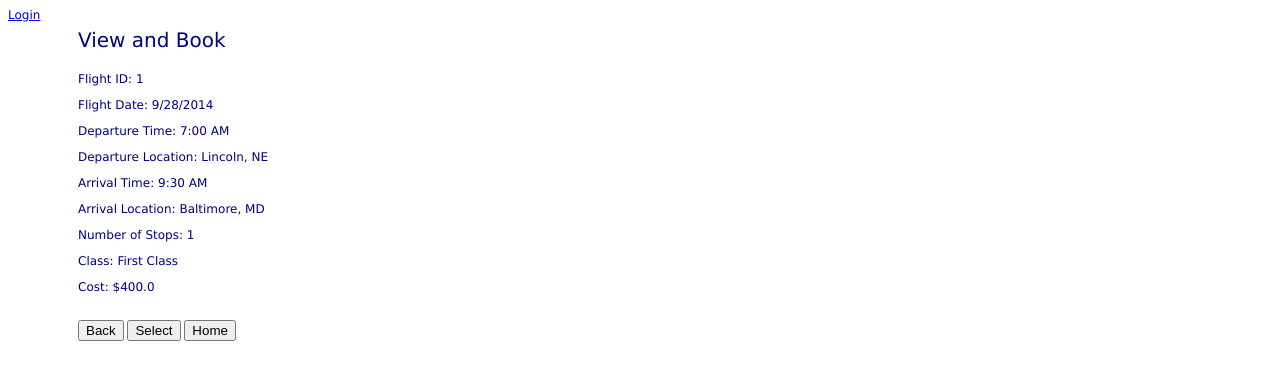
Repository: jliu9000/CSE-464---Flight-Pages
Page: http://localhost/HW1/ViewAndBook.jsp
An editor plug-in stored every save of this project. The page is shown before and after the next save, followed by the edit.
The browser window is 1280 px wide. The pictures show the whole page.
The page is served by Tomcat 9. Other server files are loaded and not shown.

Above is the page before, as saved 2014-09-22 21:36:21.

### HW1/WebContent/ViewAndBook.jsp
<%@ page language="java" contentType="text/html; charset=ISO-8859-1"
    pageEncoding="ISO-8859-1"%>
<!DOCTYPE html PUBLIC "-//W3C//DTD HTML 4.01 Transitional//EN" "http://www.w3.org/TR/html4/loose.dtd">
<html>
<head>
<meta http-equiv="Content-Type" content="text/html; charset=ISO-8859-1">
<link rel="stylesheet" type="text/css" href="CSS/FlightStyles.css">
<%@ page import="flight.bizlogic.*"%>


<title>View and Book</title>


</head>
<body>

<div class='sidebar'>
	<a id="login" href="login.jsp">
	<%=session.getAttribute("nUserID") != null ? "Logout" : "Login"%>
	</a>
</div>

	<%
		RecordFactory records = new RecordFactory(1);
		FlightRecord r = records.TestRecord();
	%>

<div class='main'>

	<p class="PageTitle">View and Book</p>


	<div id="RecordDetails">
		<p>Flight ID: <%=r.getID() %></p>
		<p>Flight Date: <%=r.getDateOfTravel() %></p>
		<p>Departure Time: <%=r.getDepartureTime() %></p>
		<p>Departure Location: <%=r.getSource() %></p>
		<p>Arrival Time: <%=r.getArrivalTime() %></p>
		<p>Arrival Location: <%=r.getDestination() %></p>
		<p>Number of Stops: <%=r.getNumberOfStops() %></p>
		<p>Class: <%=r.getFlightClass() %></p>
		<p>Cost: $<%=r.getCost() %></p>

	</div>
	<br>

	<a href="FlightSearchResults.jsp"><button>Back</button></a>
	<a href="Transaction.jsp"><button>Select</button></a>
	<a href="FlightSearch.jsp"><button>Home</button></a>


</div>
</body>
</html>

### HW1/src/flight/bizlogic/RecordFactory.java
package flight.bizlogic;
import java.util.ArrayList;



public class RecordFactory {
	//Master list
	private ArrayList<FlightRecord> oRecordsList;
	private int nTotalRecords;

	//Lists for record generation
	private String sListOfLocations[] = {"New York City, New York","Dallas, Texas","Sacramento, California",
			"Chicago, Illinois","Lincoln, Nebraska","Denver, Colorado","Atlanta, Georgia"};
	private int sListOfYears[] ={2014,2015,2016};
	private String sListOfClass[] ={"First Class", "Business", "Economy"};

	//Static test record
	private FlightRecord _oTestRecord = new FlightRecord(1, "Lincoln, NE", "Baltimore, MD", "9/28/2014", 52, "First Class",
			"7:00 AM", "9:30 AM", 1, 400.00);

	public RecordFactory(int nTotalRecords){

		//use nTotalRecords <= 0 for a random number of 1 to 50 records
		if (nTotalRecords <= 0){
			this.nTotalRecords = (int) Math.round(Math.random() * 49) + 1;
		}else{
			this.nTotalRecords = nTotalRecords;
		}

		oRecordsList = new ArrayList<FlightRecord>();

	}

	public void generateRecords(){

		for (int i = 0; i<= nTotalRecords; i++){
			oRecordsList.add(getSingleRecord());
		}

	}

	public FlightRecord getSingleRecord(){
		String sFormatedMonth;
		int nYear, nMonth, nDay, nSeats, nClass, nSource, nDestination, nID;

		nMonth = (int) Math.ceil(Math.random() * 12);
		nDay = (int) Math.round(Math.random() * 28);
		nYear = (int) Math.round(Math.random() * 2);
		sFormatedMonth = nMonth + "/" +nDay +"/" +sListOfYears[nYear];

		nSeats = (int) Math.round(Math.random() * 100);
		nClass = (int) Math.round(Math.random()*2);
		nSource = (int) Math.round(Math.random()*6);
		nDestination = (int) Math.round(Math.random() * 6);
		//destination cannot equal source
		while (nDestination == nSource){
			nDestination = (int) Math.round(Math.random() * 6);
		}

		return new FlightRecord(sListOfLocations[nSource], sListOfLocations[nDestination], sFormatedMonth, nSeats, sListOfClass[nClass]);

	}





	public String toHTMLTableRow(int nRow){
		FlightRecord r;
		String sHTMLRow;
		if (nRow < oRecordsList.size()){
			r = oRecordsList.get(nRow);
		}else{
			return "";
		}

		sHTMLRow = "<td>" +r.getID() +"</td>";
		sHTMLRow += "<td>" +r.getDateOfTravel() +"</td>";
		sHTMLRow += "<td>" +r.getDepartureTime() +"</td>";
		sHTMLRow += "<td>" +r.getArrivalTime() +"</td>";
		sHTMLRow += "<td>" +r.getNumberOfStops() +"</td>";
		sHTMLRow += "<td> $" +r.getCost() +"</td>";

		return sHTMLRow;
	}

	public FlightRecord TestRecord() {
		return _oTestRecord;
	}

	public int TotalRecords(){
		return nTotalRecords;

	}

	public ArrayList<FlightRecord> getRecords(){

		return oRecordsList;
	}
}

### HW1/src/flight/bizlogic/FlightRecord.java
package flight.bizlogic;

public class FlightRecord {
	private String sSource;
	private String sDestination;
	private String sDateOfTravel;
	private String sClass;
	private int nSeats;
	private String sDepartureTime;
	private String sArrivalTime;
	private int nNumberOfStops;
	private double dCost;
	private int nID;


	public FlightRecord(String sSource, String sDestination, String sDateOfTravel, int nSeats,
			String sClass){
		this.sSource = sSource;
		this.sDestination = sDestination;
		this.sDateOfTravel = sDateOfTravel;
		this.nSeats = nSeats;
		this.sClass = sClass;
		fillRecord();
	}

	public FlightRecord(int nID, String sSource, String sDestination, String sDateOfTravel, int nSeats,
			String sClass, String sDepartureTime, String sArrivalTime, int nNumberOfStops, double dCost){
		this.nID = nID;
		this.sSource = sSource;
		this.sDestination = sDestination;
		this.sDateOfTravel = sDateOfTravel;
		this.nSeats = nSeats;
		this.sClass = sClass;
		this.sDepartureTime = sDepartureTime;
		this.sArrivalTime = sArrivalTime;
		this.nNumberOfStops = nNumberOfStops;
		this.dCost = dCost;

	}


	//fill missing fields w/ random numbers
	private void fillRecord(){
		int nHour;
		int dMin;
		nID = (int) Math.round(Math.random()*1000);
		nHour = (int) Math.round(Math.random() * 11) + 1;
		dMin =  (int) Math.round(Math.random() * 60);
		sDepartureTime =  nHour +":" +dMin +" " +(Math.random() > .5 ? "AM" : "PM");
		nHour = (int) Math.round(Math.random() * 11) + 1;
		dMin = (int) Math.round(Math.random() * 60);
		sArrivalTime =  nHour +":" +dMin +" " +(Math.random() > .5 ? "AM" : "PM");
		nNumberOfStops = (int) Math.round(Math.random() * 4);
		dCost =  Math.round(Math.random() * 1000) + 50;
	}



	public String getDepartureTime() {
		return sDepartureTime;
	}


	public String getArrivalTime() {
		return sArrivalTime;
	}


	public int getNumberOfStops() {
		return nNumberOfStops;
	}


	public double getCost() {
		return dCost;
	}


	public int getID() {
		return nID;
	}



	public String getSource() {
		return sSource;
	}

	public String getDestination() {
		return sDestination;
	}

	public String getDateOfTravel() {
		return sDateOfTravel;
	}

	public String getFlightClass() {
		return sClass;
	}

	public int getSeats() {
		return nSeats;
	}






}

### HW1/WebContent/CSS/FlightStyles.css
@CHARSET "ISO-8859-1";

body {
	font-family: "Verdana";
	font-size:12px;

}

div.sidebar {
	float: left;
	width: 70px;
}
div.main {
	float: left;
}

p {
    font-size: 12px;
    color: navy;
}

p.PageTitle {
    font-size: 20px;
    color: navy;
    font-style: bold;
}

p.subheading {
	font-size: 16px;

}

p.message {
	color: red;
	text-align: center;
}

table {
   border: 1px solid #3C5E8F;

}

th {
	border: 1px solid #3C5E8F;
    background-color: #1975FF;
    color: white;
    padding: 4px;
    padding-left: 8px;
	padding-right: 8px;

}

tr {
	border: 1px solid #3C5E8F;
	background-color: #CCE0FF;

}

tr.repeatalt {
	border: 1px solid #3C5E8F;
	background-color: #E6E6E6;

}

td.repeat {
	border: 0px;
	padding: 2px;
	padding-left: 5px;
	padding-right: 5px;
}

td.button{
	text-align: center;
}

td.key{
	align: left;
}

td.value{
	align: right;
}

a.navibar{

}


#login {
    font-size:12px;
}

After the next save:
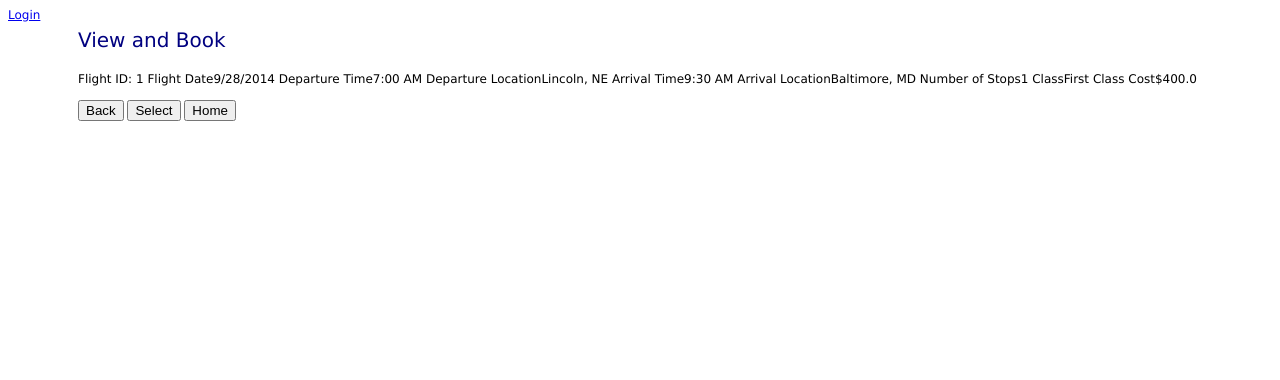
Saved 2 min 51 s later.
--- a/HW1/WebContent/ViewAndBook.jsp
+++ b/HW1/WebContent/ViewAndBook.jsp
@@ -31,15 +31,15 @@
 
 
 	<div id="RecordDetails">
-		<p>Flight ID: <%=r.getID() %></p>
-		<p>Flight Date: <%=r.getDateOfTravel() %></p>
-		<p>Departure Time: <%=r.getDepartureTime() %></p>
-		<p>Departure Location: <%=r.getSource() %></p>
-		<p>Arrival Time: <%=r.getArrivalTime() %></p>
-		<p>Arrival Location: <%=r.getDestination() %></p>
-		<p>Number of Stops: <%=r.getNumberOfStops() %></p>
-		<p>Class: <%=r.getFlightClass() %></p>
-		<p>Cost: $<%=r.getCost() %></p>
+		<td class="key">Flight ID: </td><td class='value'><%=r.getID() %></td>
+		<td class='key'>Flight Date</td><td class='value'><%=r.getDateOfTravel() %></td>
+		<td class='key'>Departure Time</td><td class='value'><%=r.getDepartureTime() %></td>
+		<td class='key'>Departure Location</td><td class='value'><%=r.getSource() %></td>
+		<td class='key'>Arrival Time</td><td class='value'><%=r.getArrivalTime() %></td>
+		<td class='key'>Arrival Location</td><td class='value'><%=r.getDestination() %></td>
+		<td class='key'>Number of Stops</td><td class='value'><%=r.getNumberOfStops() %></td>
+		<td class='key'>Class</td><td class='value'><%=r.getFlightClass() %></td>
+		<td class='key'>Cost</td><td class='value'>$<%=r.getCost() %></td>
 
 	</div>
 	<br>
